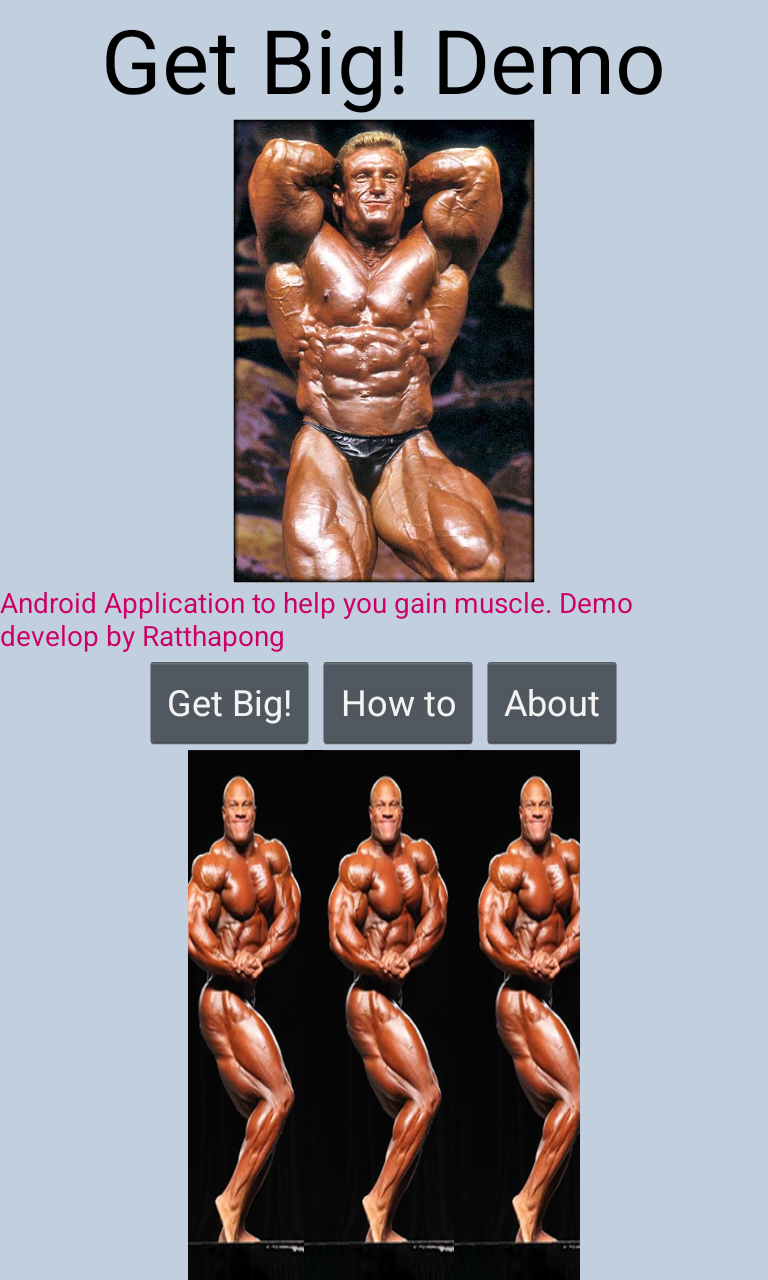
Repository: parinya1968/My-project
Layout: DroidWork/getBig/res/layout/main.xml
These files come from the project's save history. The layout is drawn as it stood at one moment and after the next save; the edit follows.
It is drawn on a 768 x 1280 px phone screen (xhdpi) without system bars, with theme android:Theme.Holo; the app's code is not run.

Above is the layout before, as saved 2012-06-20 02:26:50.

After the next save:
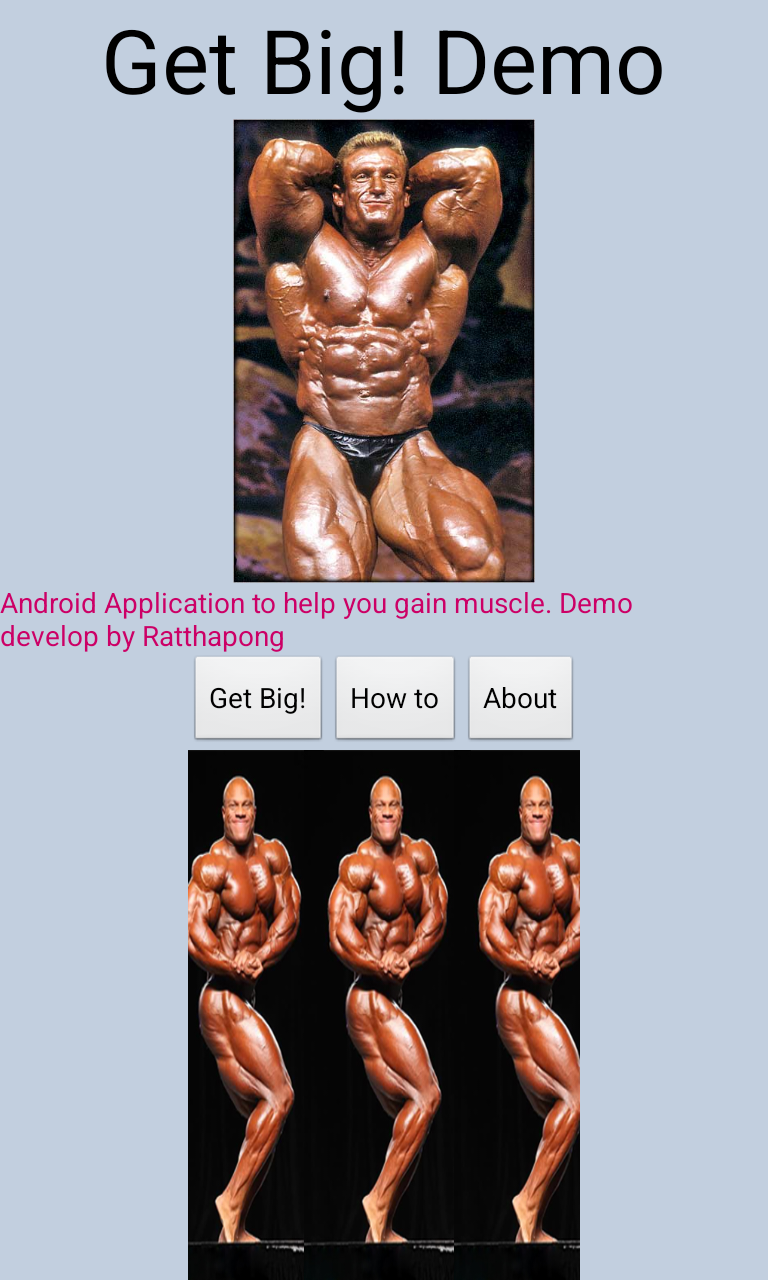
Saved 3 min 15 s later.
--- a/DroidWork/getBig/res/layout/main.xml
+++ b/DroidWork/getBig/res/layout/main.xml
@@ -3,7 +3,8 @@
     android:layout_width="fill_parent"
     android:layout_height="fill_parent"
     android:background="#C2CFDF"
-    android:orientation="vertical" >
+    android:orientation="vertical"
+     android:theme="@android:style/Theme.NoTitleBar.Fullscreen" >
 
     <TextView
         android:layout_width="wrap_content"

After the 3 saves that followed:
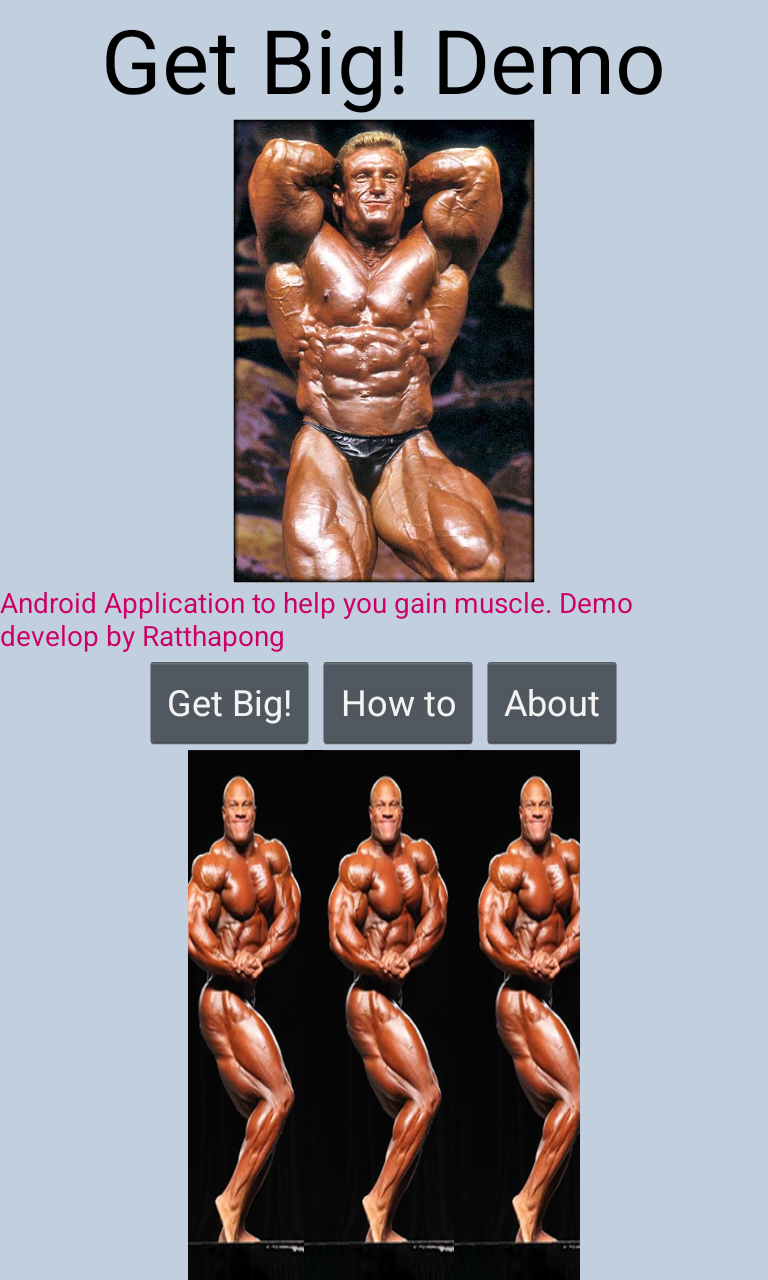
The 3 saves are shown as one change because 2 left the picture as it was.
The last was saved 64 s later.
--- a/DroidWork/getBig/res/layout/main.xml
+++ b/DroidWork/getBig/res/layout/main.xml
@@ -3,8 +3,7 @@
     android:layout_width="fill_parent"
     android:layout_height="fill_parent"
     android:background="#C2CFDF"
-    android:orientation="vertical"
-     android:theme="@android:style/Theme.NoTitleBar.Fullscreen" >
+    android:orientation="vertical" >
 
     <TextView
         android:layout_width="wrap_content"
